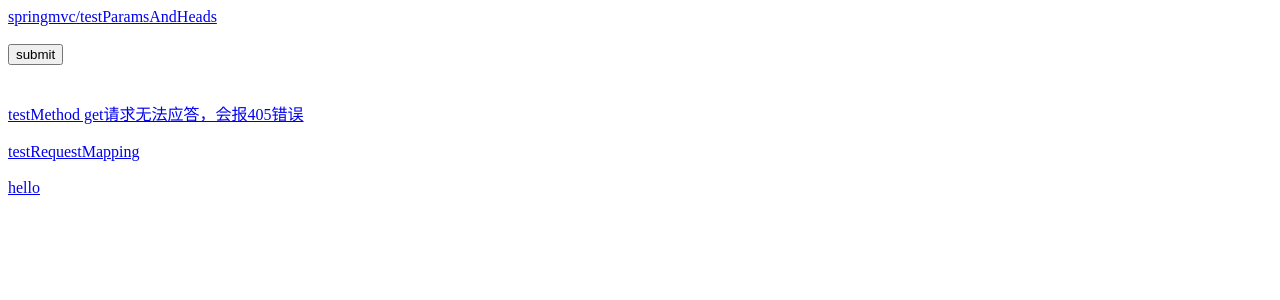
Repository: Gxxxx1989/SpringMVC
Page: http://localhost/springmvc-1/
An editor plug-in stored every save of this project. The page is shown before and after the next save, followed by the edit.
The browser window is 1280 px wide. The pictures show the whole page.
The page is served by Tomcat 9.

Above is the page before, as saved 2019-03-25 09:23:35.

After the next save:
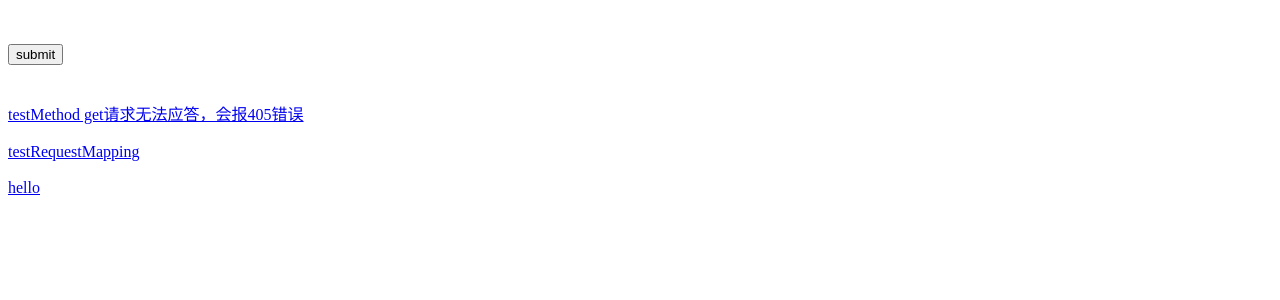
Saved 10 s later.
--- a/springmvc-1/WebContent/index.jsp
+++ b/springmvc-1/WebContent/index.jsp
@@ -8,7 +8,7 @@
 </head>
 <body>
 
-	<a href="springmvc/testMethod">springmvc/testParamsAndHeads</a>
+	<a href="springmvc/testParamsAndHeads"></a>
 	<br><br>
 	<form action="springmvc/testMethod" method="post">
 		<input type="submit" value="submit">
